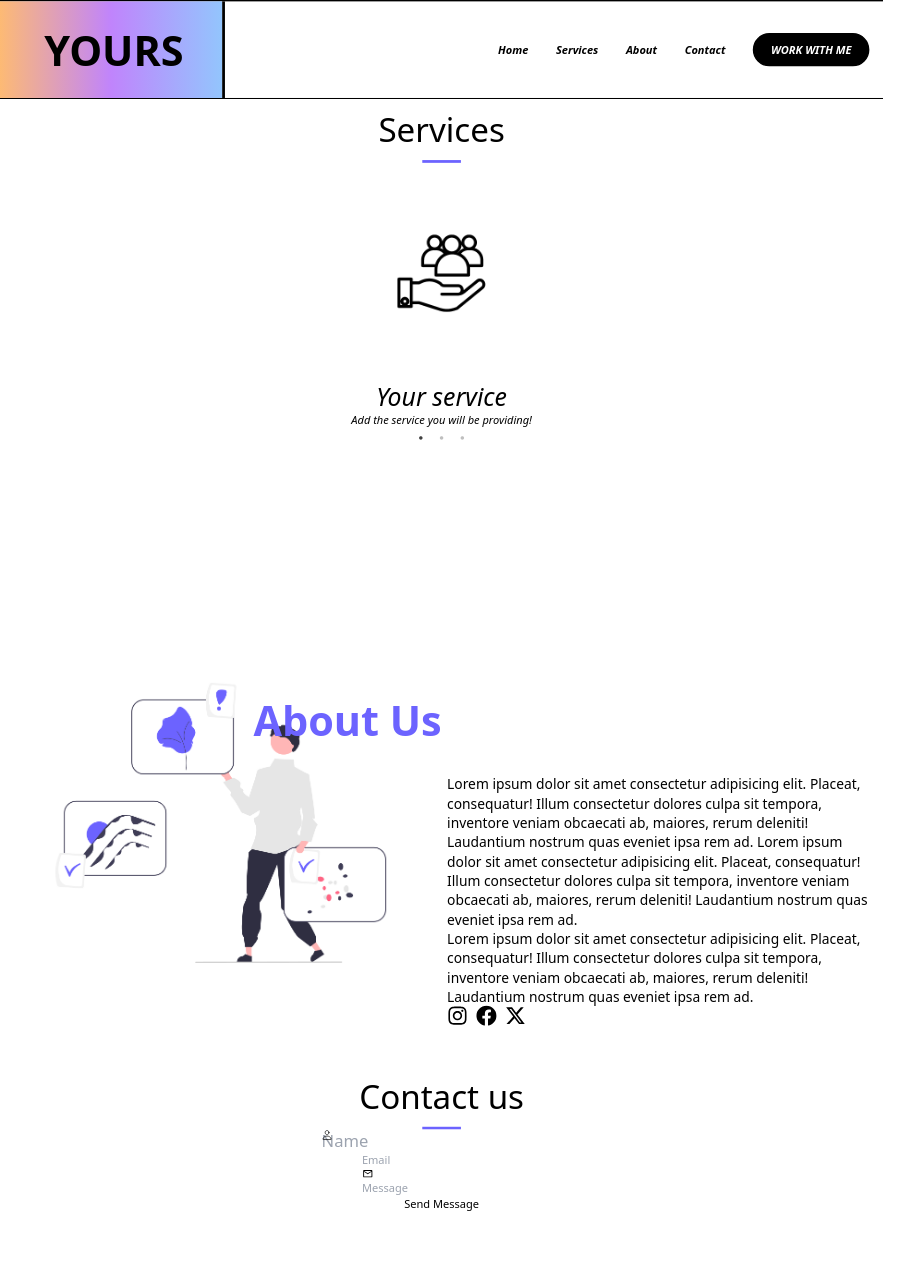
Repository: Al123Kudayyd/eportfolio
Page: /
The author's editor kept a copy of each file at every save. The page is drawn from the files as they stood at one save, then again after a run of saves.
The browser window is 1280 px wide. The page is 1305 px wide, so the pictures cover 1305 px, including what lies to the right of the window. The pictures show the whole page, at 69% of full size.
The project was rebuilt for these pictures with package versions that can differ from the ones it lists, and the page was loaded fresh each time. Also part of the build but not shown: src/components/AboutService.jsx.

Above is the page before, as saved 2024-02-27 11:02:45.

### src/App.js
import logo from './logo.svg';
import './App.css';
import Nav from './components/Nav';
import Services from './components/Services';
import About from './components/About';
import Contact from './components/Contact';

function App() {
  return (
    <div className="App">
      <Nav />
      <Services />
      <About />
      <Contact />
    </div>
  );
}

export default App;

### src/components/Nav.jsx
import React from 'react'

function Nav() {
  return (
    <div className=' border-y-2 border-black sticky top-0 z-10'>
        <div className='flex justify-between'>
            <h1 className='font-bold py-10 pl-16 lg:text-6xl text-4xl border-r-4 pr-14 border-black bg-gradient-to-r from-orange-300 via-purple-400 to-blue-300'>YOURS</h1>
            <ul className='italic hidden lg:flex justify-center items-center space-x-10 cursor-pointer mx-5 text-md font-semibold transp'>
                <li className='hover:text-gray-500 transition-all duration-300 '>Home</li>
                <li className='hover:text-gray-500 transition-all duration-300'>Services</li>
                <li className='hover:text-gray-500 transition-all duration-300'>About</li>
                <li className='hover:text-gray-500 transition-all duration-300'>Contact</li>
                <li className='bg-black text-white px-6 py-[10px] border-2 border-black hover:bg-white rounded-3xl
                hover:text-black transition-all duration-300'>
                    WORK WITH ME
                </li>
            </ul>
        </div>
    </div>
  )
}

export default Nav

### src/components/Services.jsx
import React from 'react'
import "slick-carousel/slick/slick.css";
import "slick-carousel/slick/slick-theme.css";
import Slider from "react-slick";
import service from '../assests/service.png'
import service1 from '../assests/service1.png'
import service2 from '../assests/service2.png'

function Services() {
  var settings = {
    dots: true,
    infinite: true,
    speed: 500,
    slidesToShow: 1,
    slidesToScroll: 1,
  };

  return (
    <div className=''>
        <h1 className='text-5xl py-5'>Services</h1>
        <div className='h-1 flex justify-center m-auto w-14 bg-[#6C63FF] text-center'></div>
        <div className='min-h-[400px] lg:min-h-[700px] text-center '>
        <Slider className='text-black  italic' {...settings}>
      <div className='relative'>
        <img src={service} className='w-1/4 translate-x-[150%]' alt="" />
        <h1 className='text-xl lg:text-4xl'>Your service</h1>
        <p className='text-md'>Add the service you will be providing!</p>
      </div>
      <div>
        <img src={service1} className='w-1/4 translate-x-[150%]' alt="" />
        <h3 className='text-xl lg:text-4xl'>Your Serivce</h3>
        <p className='text-md'>Add the service you will be providing!</p>
      </div>
      <div>
        <img src={service2} className='w-1/4 translate-x-[150%]' alt="" />
        <h3 className='text-xl lg:text-4xl'>Your Serivce</h3>
        <p className='text-md'>Add the service you will be providing!</p>
      </div>
      </Slider>
        </div>
    </div>
  )
}

export default Services

### src/components/About.jsx
import AboutService from './AboutService'
import { IoPersonOutline } from "react-icons/io5";
import { MdOutlineEmail } from "react-icons/md";
import { IoCheckmarkOutline } from "react-icons/io5";
import about from '../assests/about.png'
import { FaInstagram, FaFacebook} from "react-icons/fa";
import { FaXTwitter } from "react-icons/fa6";

function About() {
  return (
    <div className='relative '>
      <div className='lg:flex'>
        <img src={about} className='w-[100%] lg:w-[50%]' />
        <h1 className='text-3xl lg:text-6xl font-semibold text-[#6C63FF] absolute top-[15%] right-[2%] lg:top-[15%] lg:right-[50%]'>About Us</h1>
        <div className=''>
          <p className='absolute lg:top-[35%] lg:w-1/2 text-left p-6 lg:p-2 text-xl'>Lorem ipsum dolor sit amet consectetur adipisicing elit. Placeat, consequatur! Illum consectetur dolores culpa sit tempora, inventore veniam obcaecati ab, maiores, rerum deleniti! Laudantium nostrum quas eveniet ipsa rem ad.
          Lorem ipsum dolor sit amet consectetur adipisicing elit. Placeat, consequatur! Illum consectetur dolores culpa sit tempora, inventore veniam obcaecati ab, maiores, rerum deleniti! Laudantium nostrum quas eveniet ipsa rem ad.
          <br />
          Lorem ipsum dolor sit amet consectetur adipisicing elit. Placeat, consequatur! Illum consectetur dolores culpa sit tempora, inventore veniam obcaecati ab, maiores, rerum deleniti! Laudantium nostrum quas eveniet ipsa rem ad.
          </p>
          <div className='absolute lg:top-[100%] cursor-pointer top-[310%] p-6 flex justify-center items-center space-x-3 lg:left-[50%] text-3xl lg:p-2'>
            <a href=""><FaInstagram /></a>
            <a href=""><FaFacebook /></a>
            <a href=""><FaXTwitter /></a>
          </div>
        </div>
      </div>
    </div>
  )
}

export default About

### src/components/Contact.jsx
import React from 'react'
import { IoPersonOutline } from "react-icons/io5";
import { MdOutlineEmail } from "react-icons/md";

function Contact() {
  return (
    <div className='my-24'>
        <h1 className='text-5xl py-5'>Contact us</h1>
        <div className='h-1 flex justify-center m-auto w-14 bg-[#6C63FF] text-center'></div>
        <div>
            <form className='flex flex-col items-center relative'>
                <div className='realtive'>
                    <input type="text" placeholder='Name' className='text-2xl' />
                    <IoPersonOutline className='absolute top-[0%]' />
                </div>
                <div>
                    <input type="email" placeholder='Email' />
                    <MdOutlineEmail />
                </div>
                <input type="text" placeholder='Message' />
                <button type='submit'>Send Message</button>
            </form>
        </div>
    </div>
  )
}

export default Contact

### tailwind.config.js
/** @type {import('tailwindcss').Config} */
module.exports = {
  content: [
    "./src/App.js.{js,jsx,ts,tsx}",
    "./src/components/Nav.{js,jsx,ts,tsx}",
    "./src/components/Services.{js,jsx,ts,tsx}",
    "./src/components/About.{js,jsx,ts,tsx}",
    "./src/components/AboutService.{js,jsx,ts,tsx}",
    "./src/components/Contact.{js,jsx,ts,tsx}"
],
  theme: {
    extend: {},
  },
  plugins: [],
}

Loaded but not shown: public/index.html (common file); src/index.js (common file); src/index.css (common file); src/reportWebVitals.js (common file); src/App.css (common file)

After the next 2 saves:
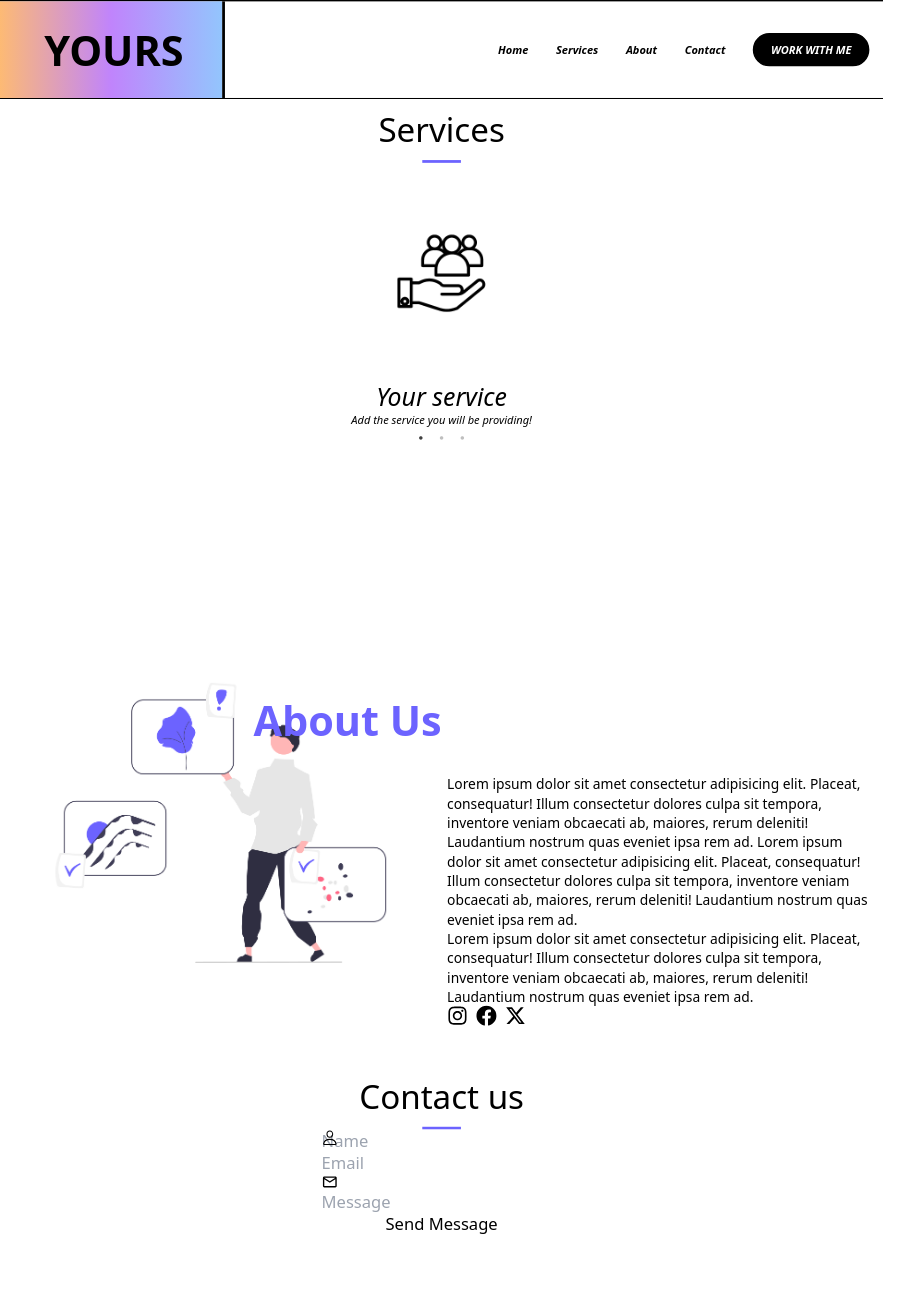
The 2 saves are shown as one change because they came seconds apart.
The last was saved 15 s later.
--- a/src/components/Contact.jsx
+++ b/src/components/Contact.jsx
@@ -8,9 +8,9 @@ function Contact() {
         <h1 className='text-5xl py-5'>Contact us</h1>
         <div className='h-1 flex justify-center m-auto w-14 bg-[#6C63FF] text-center'></div>
         <div>
-            <form className='flex flex-col items-center relative'>
+            <form className='flex flex-col items-center relative text-2xl'>
                 <div className='realtive'>
-                    <input type="text" placeholder='Name' className='text-2xl' />
+                    <input type="text" placeholder='Name' className='' />
                     <IoPersonOutline className='absolute top-[0%]' />
                 </div>
                 <div>
